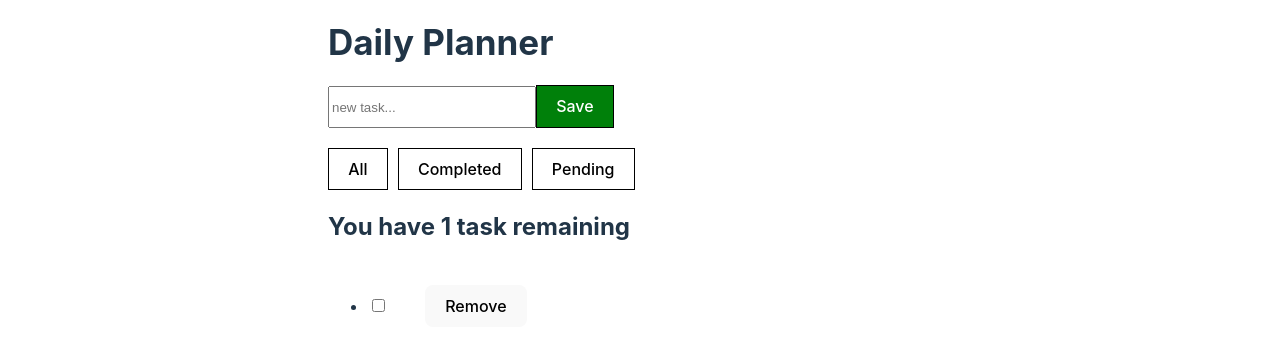
Repository: leslie179/lab4
Page: / (app in lab4/), after clicking the first element matching `button.save`
An editor plug-in stored every save of this project. The page is shown before and after a run of saves, followed by the edit.
The browser window is 1280 px wide. The pictures show the whole page.
The project was rebuilt for these pictures with package versions that can differ from the ones it lists, and the page was loaded fresh each time. Also part of the build but not shown: lab4/vite.config.js.

Above is the page before, as saved 2024-10-27 18:54:36.

### lab4/src/App.jsx
import { useState } from 'react'
import './App.css'

import Task from './components/Task'
import TaskForm from './components/TaskForm'

function App() {
  const [tasks, setTasks] = useState([])
  const [filter, setFilter] = useState("All")

  const remainingTasks = tasks.filter(task => !task.completed).length;

  return (
    <div>
      <h1>Daily Planner</h1>
      <TaskForm setTasks={setTasks} />

      <button className="filter-button" onClick={() => setFilter("All")}>All</button>
      <button className="filter-button" onClick={() => setFilter("Completed")}>Completed</button>
      <button className="filter-button" onClick={() => setFilter("Pending")}>Pending</button>

      <h2>You have {remainingTasks} task{remainingTasks !== 1 ? 's' : ''} remaining</h2>

      <ul>
        {tasks && tasks.filter((task) => {
          if (filter === "All") {
            return true;
          } else if (filter === "Completed") {
            return task.completed;
          } else if (filter === "Pending") {
            return !task.completed;
          }
          return true;
        }).map((task, i) => {
          return <Task className="task-font" key={i} task={task} setTasks={setTasks} index={i} />
        })}
      </ul>
    </div>
  )
}

export default App;

### lab4/src/App.css
#root {
  max-width: 1280px;
  text-align: left;
  padding-left: 20rem;
}

h1{
  font-size: 35px;
}

.filter-button{
  border: 1px solid black;
  background-color: white;
  margin-right: 10px;
  margin-top: 20px;
  border-radius: 0px;
}

.save{
  background-color: #00800a;
  border-radius: 0px;
  border: 1px solid black;
  padding-top:2mm;
  height:43px;
  color: white;

}

.task-checkbox{
  margin-right: 20px;
}
.task-item{
  padding-top: 20px;
}

.task-button{
  margin-right: 20px;
}
.task-font{
  font-weight: bold;
  font-size: 20px;
  margin-right: 20px;
}

.h2{
  font-weight: bold;
  font-size: 30px;
}
.input{
width:200px;
height:36px;
}

.read-the-docs {
  color: #888;
}

### lab4/src/components/Task.jsx
function Task({ task, setTasks, index, className }) {

    const remove = () => {
        setTasks((currentTasks) => {
            const tmpTasks = [...currentTasks] // (deep copy)
            tmpTasks.splice(index, 1) // remove 1 value at this index (key == index)
            return tmpTasks
        })
    }

    const toggleCompleted = (e) => {
        setTasks((currentTasks) => {
            const tmpTasks = [...currentTasks] // (deep copy)
            console.log("tmpTasks", tmpTasks)
            console.log("key", index)
            console.log("e.target.checked", e.target.checked)
            tmpTasks[index].completed = e.target.checked
            return tmpTasks
        })
    }

    return (
      <li className="task-item">
        <input className="task-checkbox" type="checkbox" onChange={(e) => toggleCompleted(e)} />
        <span className={className}>{task.task}</span>
        <button className="task-button" onClick={() => remove()}>Remove</button>
      </li>
    )
}

export default Task;

### lab4/src/components/TaskForm.jsx
import { useState } from "react"

function TaskForm({ setTasks }) {
    const [currentTask, setCurrentTask] = useState()
    const save = () => {
        setTasks((currentTasks) => { // trick to get current state
            // im just naming it tmp for temporary
            const tmpTasks = [...currentTasks] // deep copy (tmpTasks is just a copy of currentTasks cause you cant just copy an array)
            tmpTasks.push({ task: currentTask, completed: false })
            return tmpTasks
        })
        setCurrentTask("")
    }
    // the onChange is a function that runs everytime the input text changes
    // everytime the input text changes update the state with the value of the text input
    return <div>
        <input className="input" type="text" onChange={(e) => setCurrentTask(e.target.value)} placeholder="new task..."/>
        <button className="save" onClick={() => save()}>Save</button>
    </div>
}

export default TaskForm

Loaded but not shown: lab4/index.html (common file); lab4/src/main.jsx (common file); lab4/src/index.css (common file)

After the next 2 saves:
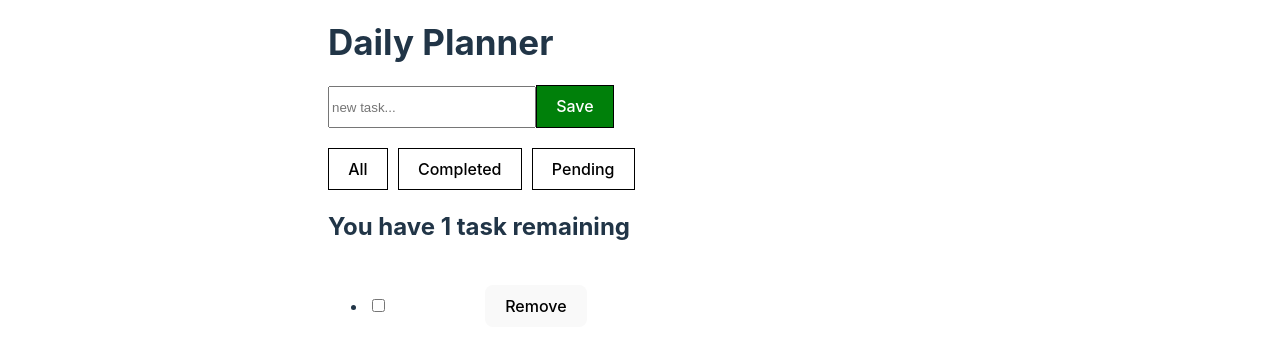
The 2 saves are shown as one change because they came seconds apart.
The last was saved 17 s later.
--- a/lab4/src/App.css
+++ b/lab4/src/App.css
@@ -39,7 +39,7 @@ h1{
 .task-font{
   font-weight: bold;
   font-size: 20px;
-  margin-right: 20px;
+  margin-right: 80px;
 }
 
 .h2{
